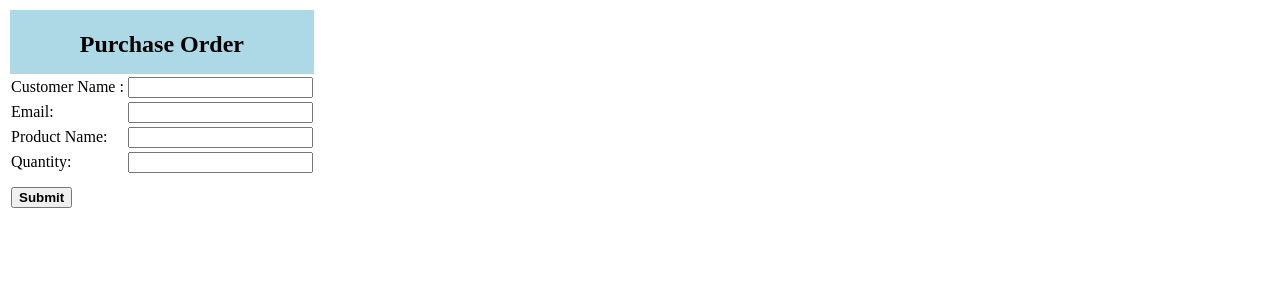
Repository: FatCat0712/JSP
Page: http://localhost/bai_20/
The author's editor kept a copy of each file at every save. The page is drawn from the files as they stood at one save, then again after the next save.
The browser window is 1280 px wide. The pictures show the whole page.
The page is served by Tomcat 9.

Above is the page before, as saved 2024-04-22 01:29:50.

### bai_20/src/main/webapp/index.jsp
<%@ page language="java" contentType="text/html; charset=UTF-8"
    pageEncoding="UTF-8"%>
<!DOCTYPE html>
<html>
<head>
<meta charset="UTF-8">
<title>Insert title here</title>
<style>
	body{
		align-self: center;
	}
</style>
</head>
<body>
<form action="trangDatHang.jsp" method="post">
	<table>
		<tr>
			<td colspan="2" style="background-color: lightblue; text-align: center">
				<h2 style="margin-bottom: 15px">Purchase Order</h2>
			</td>
		</tr>
		<tr>
			<td>
				<label>Customer Name : </label>
			</td>
			<td>
				<input type="text" name="name"/>
			</td>
		</tr>
		<tr>
			<td>
				<label>Email: </label>
			</td>
			<td>
				<input type="email" name="email"/>
			</td>
		</tr>
		<tr>
			<td>
				<label>Product Name: </label>
			</td>
			<td>
				<input type="text" name="productName"/>
			</td>
		</tr>
		<tr>
			<td>
				<label>Quantity: </label>
			</td>
			<td>
				<input type="number" name="quantity"/>
			</td>
		</tr>
		<tr>
			<td>
				<input type="submit" value="Submit" style="margin-top: 10px; font-weight: bold;"/>
			</td>
		</tr>
	</table>
</form>

</body>
</html>

After the next save:
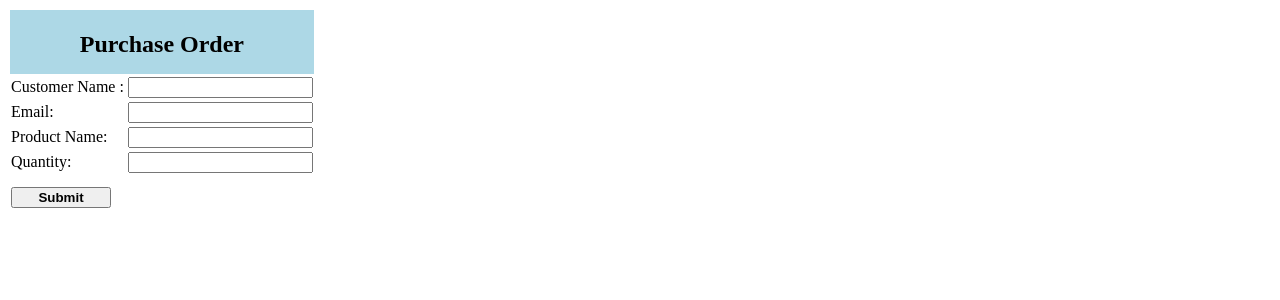
Saved 35 s later.
--- a/bai_20/src/main/webapp/index.jsp
+++ b/bai_20/src/main/webapp/index.jsp
@@ -53,7 +53,7 @@
 		</tr>
 		<tr>
 			<td>
-				<input type="submit" value="Submit" style="margin-top: 10px; font-weight: bold;"/>
+				<input type="submit" value="Submit" style="margin-top: 10px; font-weight: bold; width: 100px"/>
 			</td>
 		</tr>
 	</table>
